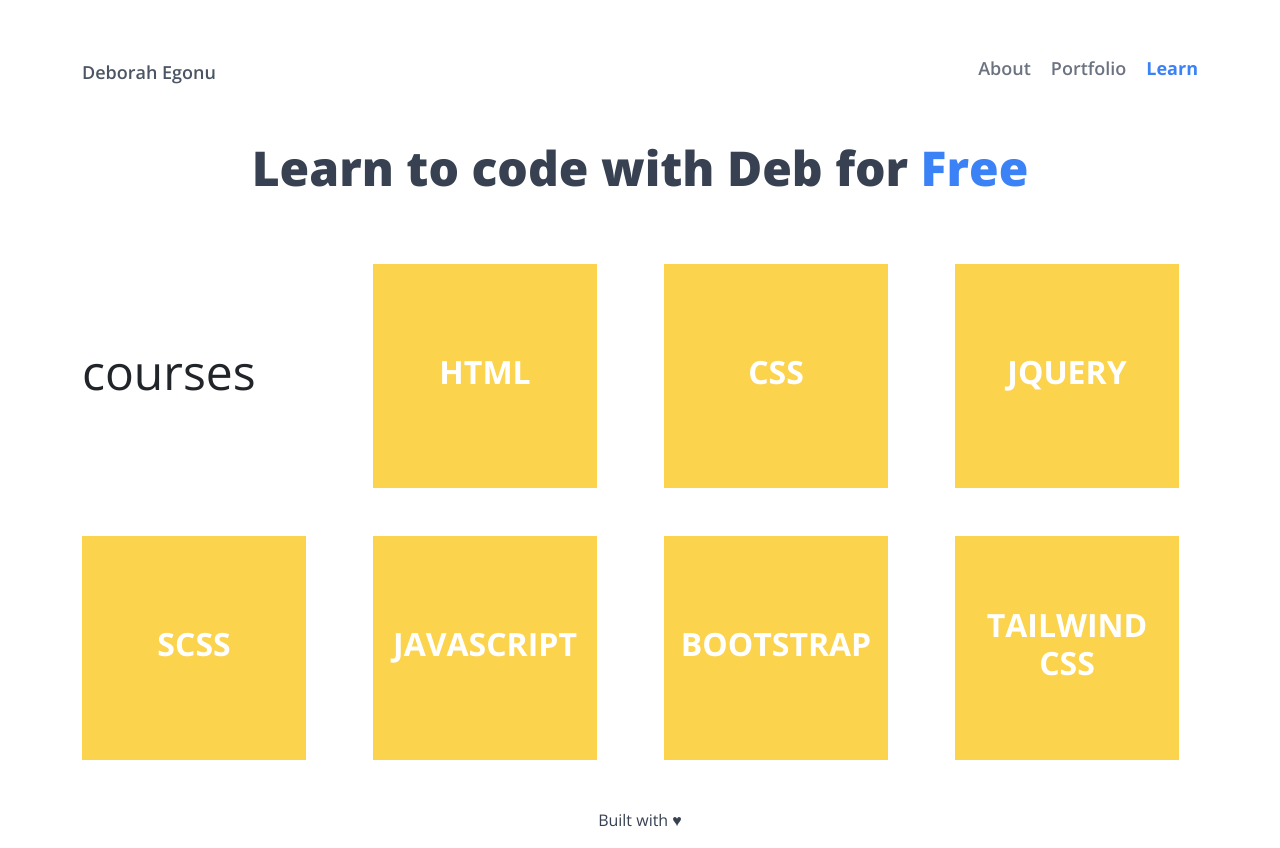
Repository: latenightsnacc/codewithdeb
Page: learn.html
An editor plug-in stored every save of this project. The page is shown before and after the next save, followed by the edit.
The browser window is 1280 px wide. The pictures show the whole page.
The style sheet was rebuilt from its Sass, Less or Tailwind sources for each picture, by a compiler version that may differ from the author's.

Above is the page before, as saved 2021-06-07 12:57:10.

### learn.html
<!DOCTYPE html>
<html lang="en">
    <head>
        <meta charset="UTF-8">
        <meta http-equiv="X-UA-Compatible" content="IE=edge">
        <meta name="viewport" content="width=device-width, initial-scale=1.0">
        <!--TAILWIND CDN-->
        <link href="https://unpkg.com/tailwindcss@^2/dist/tailwind.min.css" rel="stylesheet">
        <!--BOOTSTRAP CDN-->
        <link href="https://cdn.jsdelivr.net/npm/bootstrap@5.0.1/dist/css/bootstrap.min.css" rel="stylesheet" integrity="sha384-+0n0xVW2eSR5OomGNYDnhzAbDsOXxcvSN1TPprVMTNDbiYZCxYbOOl7+AMvyTG2x" crossorigin="anonymous">
         <!--CUSTOM CSS-->
        <link rel="stylesheet" href="stylesheet.css">
        <!--Page Title-->
        <title>LEARN WITH DEBORAH EGONU</title>
    </head>
<body class="bg-white">
    <!--SPACER-->
    <div class="h-12"></div>
    <!--NAVIGATION BAR / HEADER-->
    <nav>
        <div class="container">
            <div class="flex flex-row justify-between h-12 items-center">
                <!--LOGO-->
                <a href="index.html" class="no-underline font-semibold text-gray-600 capitalize text-lg hover:text-blue-500">
                    Deborah Egonu
                </a>
                <!--MENU-->
                <ul class="flex flex-row h-100 items-center pt-2">
                    <li class="mr-5">
                        <a href="about.html" class="no-underline font-semibold text-gray-500 capitalize text-lg hover:text-blue-500">about</a>
                    </li>
                    <li class="mr-5">
                        <a href="portfolio.html" class="no-underline font-semibold text-gray-500 capitalize text-lg hover:text-blue-500">portfolio</a>
                    </li>
                    <li class="">
                        <a href="learn.html" class="no-underline font-bold text-blue-500 capitalize text-lg hover:text-blue-500">learn</a>
                    </li>
                </ul>
            </div>

        </div>
    </nav>
    <!--SPACER-->
    <div class="h-12"></div>
    <!--H1 TEXT-->
    <div class="container">
        <h1 class="text-center font-black text-2xl md:text-4xl lg:text-5xl text-gray-700">Learn to code with Deb for <span class="text-blue-500">Free</span></h1>
    </div>
    <!--SPACER-->
    <div class="h-16"></div>
    <div class="container">
        <div class="">
            <div class="grid grid-rows-1 grid-cols-4 gap-5">
                <div class="grid grid-cols-2 grid-rows-1 w-100 h-56 flex items-center">
                    <h2 class="text-center text-5xl">courses</h2>
                </div>
                <div class="bg-yellow-300 w-56 h-56 flex justify-center items-center text-center">
                    <h2 class="text-white font-bold">HTML</h2>
                </div>
                <div class="bg-yellow-300 w-56 h-56 flex justify-center items-center text-center">
                    <h2 class="text-white font-bold">CSS</h2>
                </div>
                <div class="bg-yellow-300 w-56 h-56 flex justify-center items-center text-center">
                    <h2 class="text-white font-bold">JQUERY</h2>
                </div>
                <div class="bg-yellow-300 w-56 h-56 flex justify-center items-center text-center">
                    <h2 class="text-white font-bold">SCSS</h2>
                </div>
                <div class="bg-yellow-300 w-56 h-56 flex justify-center items-center text-center">
                    <h2 class="text-white font-bold">JAVASCRIPT</h2>
                </div>
                <div class="bg-yellow-300 w-56 h-56 flex justify-center items-center text-center">
                    <h2 class="text-white font-bold">BOOTSTRAP</h2>
                </div>
                <div class="bg-yellow-300 w-56 h-56 flex justify-center items-center text-center">
                    <h2 class="text-white font-bold">TAILWIND CSS</h2>
                </div>
            </div>
        </div>
    </div>
    <!--SPACER-->
    <div class="h-12"></div>
    <footer>
        <div class="container">
            <p class="text-center text-gray-700">Built with &hearts;</p>
        </div>
    </footer>
</body>
</html>

### stylesheet.scss
@import url('https://fonts.googleapis.com/css2?family=Open+Sans:wght@300;400;600;700;800&display=swap');
h1, body, a {
    font-family: 'Open Sans', sans-serif;
}

After the next save:
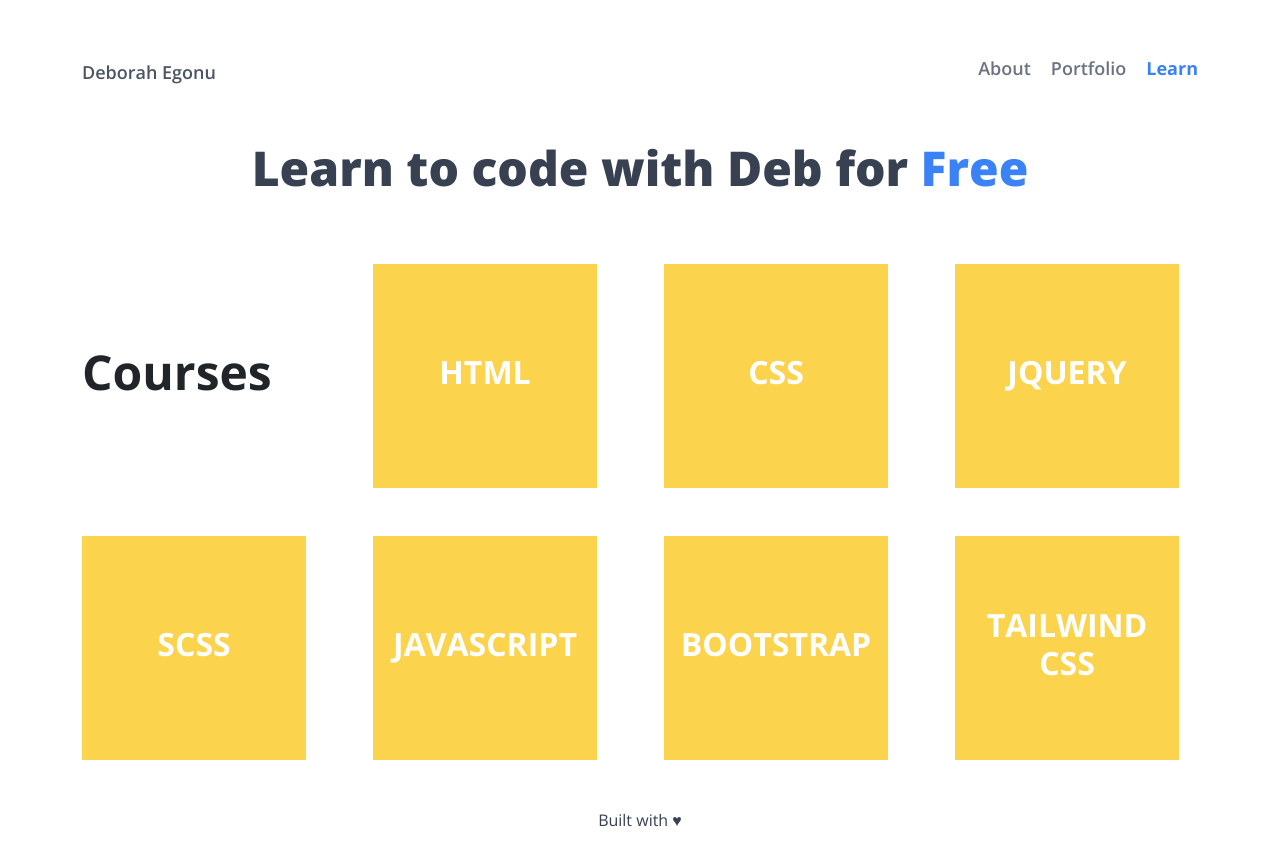
Saved 14 s later.
--- a/learn.html
+++ b/learn.html
@@ -52,7 +52,7 @@
         <div class="">
             <div class="grid grid-rows-1 grid-cols-4 gap-5">
                 <div class="grid grid-cols-2 grid-rows-1 w-100 h-56 flex items-center">
-                    <h2 class="text-center text-5xl">courses</h2>
+                    <h2 class="text-center text-5xl capitalize font-bold">courses</h2>
                 </div>
                 <div class="bg-yellow-300 w-56 h-56 flex justify-center items-center text-center">
                     <h2 class="text-white font-bold">HTML</h2>
